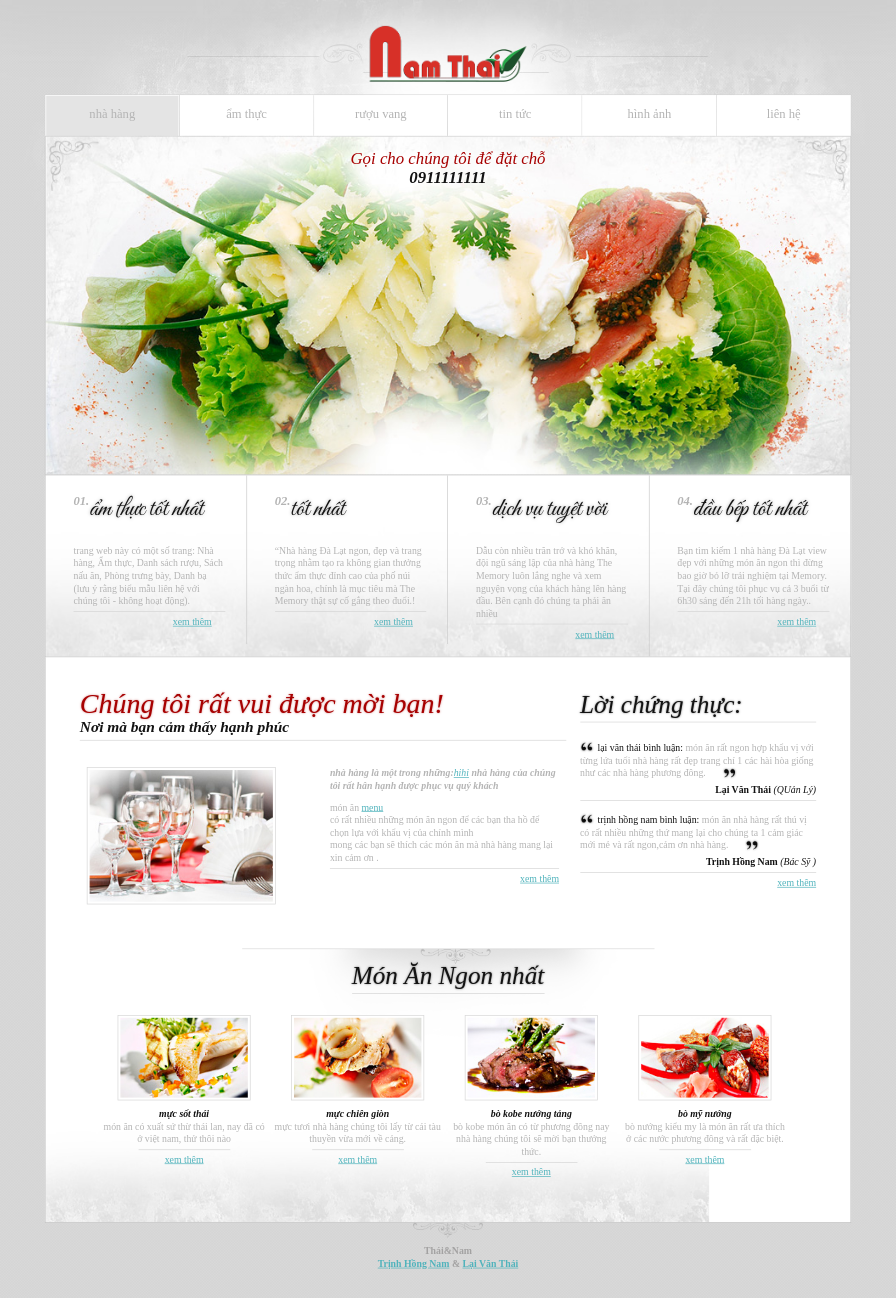
Repository: thaiLVT/DoAnThucTapNamThai
Page: index.html
An editor plug-in stored every save of this project. The page is shown before and after the next save, followed by the edit.
The browser window is 1280 px wide. The pictures show the whole page, at 70% of full size.

Above is the page before, as saved 2022-04-25 00:54:06.

After the next save:
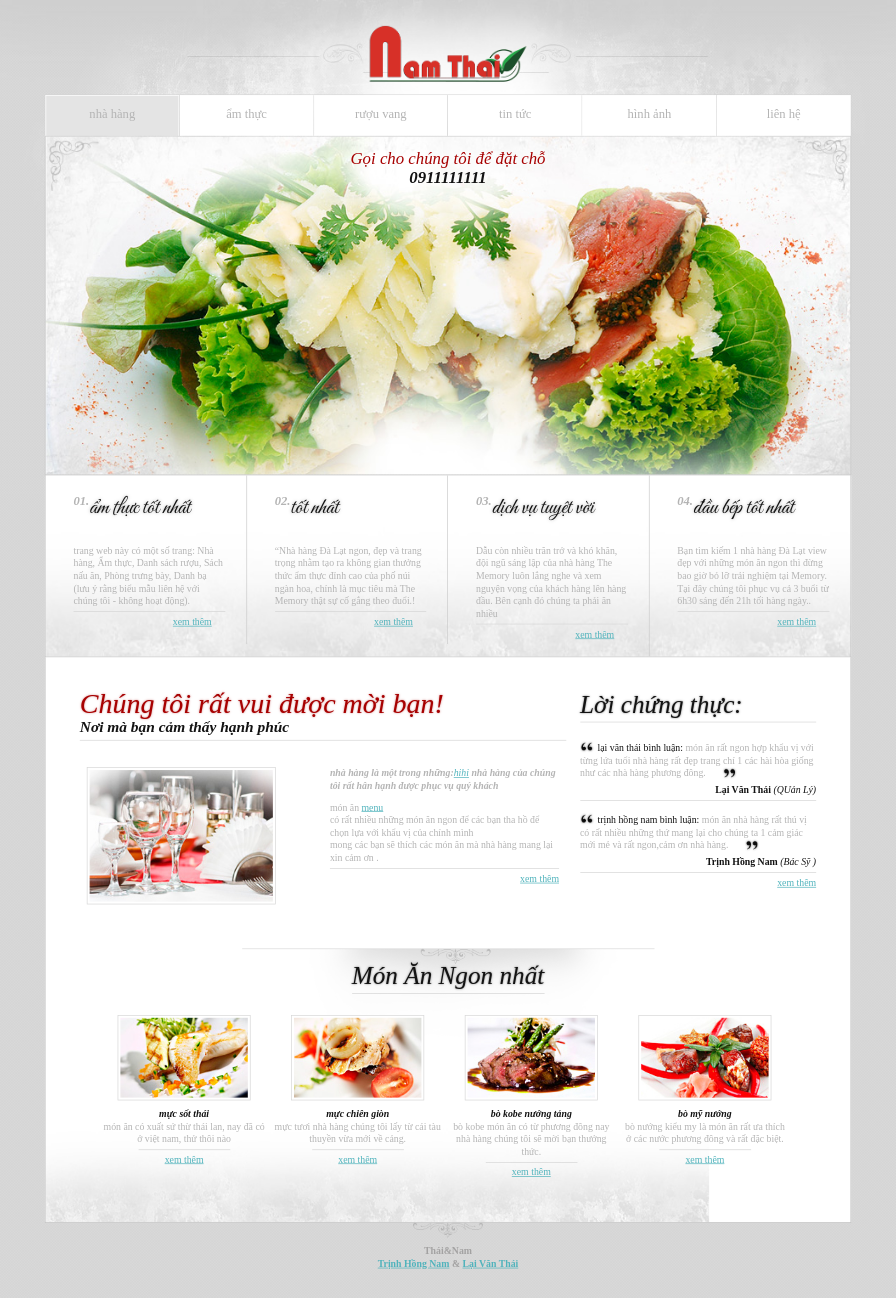
Saved 13 min 24 s later.
--- a/css/style.css
+++ b/css/style.css
@@ -482,7 +482,7 @@ ul.menu li.current a {
 
 .block-1-title>div.text-1 {
     font-family: 'Great Vibes', cursive;
-    font-size: 36px;
+    font-size: 2rem;
     line-height: 45px;
     color: #131313;
     text-shadow: #a7a7a7 0 0 5px;
